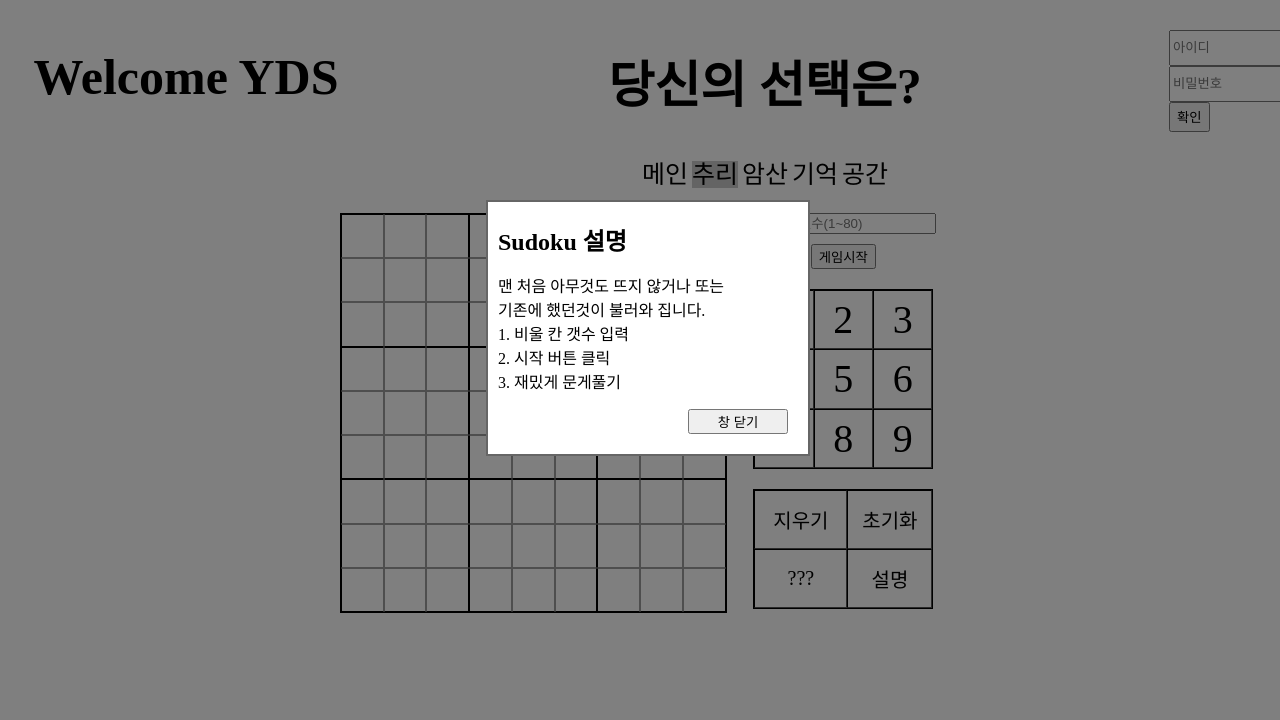
Repository: ejrtn/springbootMaven
Page: deoksu/src/main/resources/static/sudoku.html
These files come from the project's save history. The page is drawn as it stood at one moment and after the next save; the edit follows.
The browser window is 1280 px wide. The pictures show the window.
A layer covers the whole window, so only the first screen is drawn.

Above is the page before, as saved 2021-04-10 13:20:34.
Console error: TypeError: Cannot read properties of undefined (reading 'split')

### deoksu/src/main/resources/static/sudoku.html
<!DOCTYPE html>
<html>
<head>
<meta charset="UTF-8">
<title>Insert title here</title>
<style type="text/css">
		#Progress_Loading {width: 300px; height: 300px; position: absolute; display: none; top: 144px;}
        #modal {
          display: none;
          position:absolute;
          width:100%;
          height:100%;
          z-index:9999;
          top: 100px;
        }

        #modal h2 {
          margin:0;
        }
        #modal button {
          display:inline-block;
          width:100px;
          margin-left:calc(100% - 100px - 10px);
        }

        #modal .modal_content {
          width:300px;
          margin:100px auto;
          padding:20px 10px;
          background:#fff;
          border:2px solid #666;
        }

        #modal .modal_layer {
          position:fixed;
          top:0;
          left:0;
          width:100%;
          height:100%;
          background:rgba(0, 0, 0, 0.5);
          z-index:-1;
    	}
	</style>
	<style type="text/css">
		.main_th {border: 1px solid #00000061; width: 11.1%; height: 11.1%; font-size: 25px;}
		.main_th:hover{border: 1px solid #00000061; background-color: #bbdefb; width: 11.1%; height: 11.1%; font-size: 25px;}

 		.main_th_left {border: 1px solid #00000061; border-top-color: black; cursor:pointer; width: 11.1%; height: 11.1%; font-size: 25px;}
 		.main_th_left:hover{border: 1px solid #00000061; border-top-color: black; cursor:pointer; background-color: #bbdefb; width: 11%; height: 11%; font-size: 25px;}

 		.main_th_right {border: 1px solid #00000061; border-bottom-color: black; cursor:pointer; width: 11.1%; height: 11.1%; font-size: 25px;}
 		.main_th_right:hover{border: 1px solid #00000061; border-bottom-color: black; cursor:pointer; background-color: #bbdefb; width: 11%; height: 11%; font-size: 25px;}

		.main_table {width: 400px; height: 400px; border-collapse: separate; border-spacing: 0px; border: 1px solid black; cursor:pointer;}
		.sub1_table {border-collapse: separate; border-spacing: 0px; border: 1px solid black; width: 180px; height: 180px; text-align: center; font-size: 40px; margin-top: 20px; cursor:pointer;}

		.sub2_td {width: 11.1%; height: 11.1%;}
		.sub2_table {border-collapse: separate; border-spacing: 0px; border: 1px solid black; width: 180px; height: 120px; font-size: 20px; text-align: center; margin-top: 20px; cursor:pointer;}
	</style>
	<script src="https://code.jquery.com/jquery-3.5.1.min.js"></script>
	<script type="text/javascript">
		var Initial_value=[];
		var table_ch=00;
		$(function () {
			document.getElementById("modal").style.display="block";
			for(i=0;i<9;i++){
				$(".main_table").append("<tr id='main_tr"+i+"'></tr>");
				for(x=0;x<9;x++){
					if(i==0 || i==3 || i==6){
						$("#main_tr"+i).append("<th class='main_th_left' id='main_th"+i+x+"' onclick='table_click(\""+i+x+"\")'></th>");
					}else if(i==2 || i==5 || i==8){
						$("#main_tr"+i).append("<th class='main_th_right' id='main_th"+i+x+"' onclick='table_click(\""+i+x+"\")'></th>");
					}else{
						$("#main_tr"+i).append("<th class='main_th' sty id='main_th"+i+x+"' onclick='table_click(\""+i+x+"\")'></th>");
					}
					if(x==0 || x==3 || x==6){
						$("#main_th"+i+x).css("border-left-color","black");
					}
					else if(x==2 || x==5 || x==8){
						$("#main_th"+i+x).css("border-right-color","black");
					}
				}
			}
		})
		$(function () {
			if('${open}'!=""){
				var data='${open}';
				var number=data.split("/");
	        	var number2=[]
	        	var data_reset='${open_reset}'
				var number_reset=data_reset.split("/");
	        	for(i=0;i<9;i++){
	        		number2[i]=number[i].split("");
	        		Initial_value[i]=number_reset[i].split("");
	        	}
	        	for(i=0;i<9;i++){
	        		for(x=0;x<9;x++){
	        			if(number2[i][x]!=0){
	        				$("#main_th"+i+x).text(number2[i][x]);
	        			}else{
	        				$("#main_th"+i+x).text("");
	        			}
	        		}
	        	}
			}
		})
		function number_click(d) {
			if(Initial_value[table_ch.split("")[0]][table_ch.split("")[1]]==0){
				$("#main_th"+table_ch).text(d);
				for(i=0;i<9;i++){
					for(x=0;x<9;x++){
						$("#main_th"+i+x).css("color","black");
						if($("#main_th"+i+x).text()==$("#main_th"+table_ch).text() && $("#main_th"+table_ch).text()!=""){
							$("#main_th"+i+x).css("background-color","#bbdefb");
						}else{
							$("#main_th"+i+x).css("background-color","#ffffff");
						}
					}
				}
				table_click(table_ch)
				ch();
				number_string();
			}
		}
		function number_string() {
			var arr="";
			for(i=0;i<9;i++){
				for(x=0;x<9;x++){
					arr+=$("#main_th"+i+x).text();
				}
				arr+="/";
			}
			console.log(arr)
			$.ajax({
				url : "number_click",
	            type : "POST",
	            data : {pad:arr},
	            success : function(data) {

	            },
	            error : function() {
	               	alert('문제 발생')
				}
			});
		}
		function table_click(d) {
			table_ch=d;
			for(i=0;i<9;i++){
				for(x=0;x<9;x++){
					$("#main_th"+i+x).css("background-color","#ffffff");
				}
			}
			for(x=0;x<9;x++){
				$("#main_th"+d.split("")[0]+x).css("background-color","#e2e7ed");
				$("#main_th"+x+d.split("")[1]).css("background-color","#e2e7ed");
			}

			if(d.split("")[0]<3 && d.split("")[1] <3){
				for(i=0;i<3;i++){
					for(x=0;x<3;x++){
						$("#main_th"+i+x).css("background-color","#e2e7ed");
					}
				}
			}else if(d.split("")[0]<3 && d.split("")[1] <6){
				for(i=0;i<3;i++){
					for(x=3;x<6;x++){
						$("#main_th"+i+x).css("background-color","#e2e7ed");
					}
				}
			}else if(d.split("")[0]<3 && d.split("")[1] <9){
				for(i=0;i<3;i++){
					for(x=6;x<9;x++){
						$("#main_th"+i+x).css("background-color","#e2e7ed");
					}
				}
			}

			else if(d.split("")[0]<6 && d.split("")[1] <3){
				for(i=3;i<6;i++){
					for(x=0;x<3;x++){
						$("#main_th"+i+x).css("background-color","#e2e7ed");
					}
				}
			}else if(d.split("")[0]<6 && d.split("")[1] <6){
				for(i=3;i<6;i++){
					for(x=3;x<6;x++){
						$("#main_th"+i+x).css("background-color","#e2e7ed");
					}
				}
			}else if(d.split("")[0]<6 && d.split("")[1] <9){
				for(i=3;i<6;i++){
					for(x=6;x<9;x++){
						$("#main_th"+i+x).css("background-color","#e2e7ed");
					}
				}
			}

			else if(d.split("")[0]<9 && d.split("")[1] <3){
				for(i=6;i<9;i++){
					for(x=0;x<3;x++){
						$("#main_th"+i+x).css("background-color","#e2e7ed");
					}
				}
			}else if(d.split("")[0]<9 && d.split("")[1] <6){
				for(i=6;i<9;i++){
					for(x=3;x<6;x++){
						$("#main_th"+i+x).css("background-color","#e2e7ed");
					}
				}
			}else if(d.split("")[0]<9 && d.split("")[1] <9){
				for(i=6;i<9;i++){
					for(x=6;x<9;x++){
						$("#main_th"+i+x).css("background-color","#e2e7ed");
					}
				}
			}

			$("#main_th"+d).css("background-color","#bbdefb");
			for(i=0;i<9;i++){
				for(x=0;x<9;x++){
					if($("#main_th"+i+x).text()==$("#main_th"+d).text() && $("#main_th"+d).text()!=""){
						$("#main_th"+i+x).css("background-color","#bbdefb");
					}
				}
			}


		}

		function ch() {
			for(y=0;y<9;y++){
				for(z=0;z<9;z++){
					d=y+""+z;
					if($("#main_th"+d).text()!=""){
						for(x=0;x<9;x++){
							m=y+""+x;
							if($("#main_th"+d).text()==$("#main_th"+y+x).text() && d!=m){
								$("#main_th"+d).css("color","red");
								break;
							}
							n=x+""+z;
							if($("#main_th"+d).text()==$("#main_th"+x+z).text() && d!=n){
								$("#main_th"+d).css("color","red");
								break;
							}
						}

						if(y<3 && z <3){
							for(i=0;i<3;i++){
								for(x=0;x<3;x++){
									m=i+""+x;
									if($("#main_th"+d).text()==$("#main_th"+i+x).text() && d!=m){
										$("#main_th"+d).css("color","red");
										break;
									}
								}
							}
						}else if(y<3 && z <6){
							for(i=0;i<3;i++){
								for(x=3;x<6;x++){
									m=i+""+x;
									if($("#main_th"+d).text()==$("#main_th"+i+x).text() && d!=m){
										$("#main_th"+d).css("color","red");
										break;
									}
								}
							}
						}else if(y<3 && z <9){
							for(i=0;i<3;i++){
								for(x=6;x<9;x++){
									m=i+""+x;
									if($("#main_th"+d).text()==$("#main_th"+i+x).text() && d!=m){
										$("#main_th"+d).css("color","red");
										break;
									}
								}
							}
						}

						else if(y<6 && z <3){
							for(i=3;i<6;i++){
								for(x=0;x<3;x++){
									m=i+""+x;
									if($("#main_th"+d).text()==$("#main_th"+i+x).text() && d!=m){
										$("#main_th"+d).css("color","red");
										break;
									}
								}
							}
						}else if(y<6 && z <6){
							for(i=3;i<6;i++){
								for(x=3;x<6;x++){
									m=i+""+x;
									if($("#main_th"+d).text()==$("#main_th"+i+x).text() && d!=m){
										$("#main_th"+d).css("color","red");
										break;
									}
								}
							}
						}else if(y<6 && z <9){
							for(i=3;i<6;i++){
								for(x=6;x<9;x++){
									m=i+""+x;
									if($("#main_th"+d).text()==$("#main_th"+i+x).text() && d!=m){
										$("#main_th"+d).css("color","red");
										break;
									}
								}
							}
						}

						else if(y<9 && z <3){
							for(i=6;i<9;i++){
								for(x=0;x<3;x++){
									m=i+""+x;
									if($("#main_th"+d).text()==$("#main_th"+i+x).text() && d!=m){
										$("#main_th"+d).css("color","red");
										break;
									}
								}
							}
						}else if(y<9 && z <6){
							for(i=6;i<9;i++){
								for(x=3;x<6;x++){
									m=i+""+x;
									if($("#main_th"+d).text()==$("#main_th"+i+x).text() && d!=m){
										$("#main_th"+d).css("color","red");
										break;
									}
								}
							}
						}else if(y<9 && z <9){
							for(i=6;i<9;i++){
								for(x=6;x<9;x++){
									m=i+""+x;
									if($("#main_th"+d).text()==$("#main_th"+i+x).text() && d!=m){
										$("#main_th"+d).css("color","red");
										break;
									}
								}
							}
						}
					}
				}
			}
		}

		function remove(){
			if(Initial_value[table_ch.split("")[0]][table_ch.split("")[1]]==0){
				$("#main_th"+table_ch).text("");
				for(i=0;i<9;i++){
					for(x=0;x<9;x++){
						$("#main_th"+i+x).css("color","black");
					}
				}
				ch();
			}
			number_string();
		}
		function reset(){
			for(i=0;i<9;i++){
        		for(x=0;x<9;x++){
        			$("#main_th"+i+x).css("background-color","#ffffff");
        			$("#main_th"+i+x).css("color","black");
        			if(Initial_value[i][x]!=0){
        				$("#main_th"+i+x).text(Initial_value[i][x]);
        			}else{
        				$("#main_th"+i+x).text("");
        			}
        		}
        	}
			number_string();
		}
		function ok(){
			var left = $("#Welcome_Sudoku").css("width").split("px")[0]/2-150
			$("#Progress_Loading").css("left",left)

			var a=$("#count").val().split("");
			var c=1;
			for(i=0;i<a.length;i++){
				for(x=0;x<10;x++){
					if(a[i]==x){
						break;
					}else if(x==9){
						c=0;
						break;
					}
				}
				if(c==0){
					break;
				}
			}
			if(c==0){
				alert("숫자가 아닌 다른 값이 들어가 있습니다.")
			}else if(!(1<=$("#count").val() && $("#count").val()<=80)){
				alert("숫자 범위값을 넘어갔습니다.\n비울 칸 갯수(1~80)")
			}else if($("#count").val()==""){
				alert("비울 칸 갯수 입력해주세요.\n비울 칸 갯수(1~80)")
			}else{
				$('#Progress_Loading').css("display","block"); //ajax실행시 로딩바를 보여준다.
				$.ajax({
					url : "Allreset",
		            type : "POST",
		            data : {count:$("#count").val()},
		            success : function(data) {
		            	console.log(data)
		            	var number=data.split("/");
		            	var number2=[]
		            	for(i=0;i<9;i++){
		            		number2[i]=number[i].split("");
		            		Initial_value[i]=number[i].split("");
		            	}
		            	for(i=0;i<9;i++){
		            		for(x=0;x<9;x++){
		            			if(number2[i][x]!=0){
		            				$("#main_th"+i+x).text(number2[i][x]);
		            			}else{
		            				$("#main_th"+i+x).text("");
		            			}
		            		}
		            	}
		            	$('#Progress_Loading').css("display","none"); //ajax실행시 로딩바를 보여준다.
		            },
		            error : function() {
		            	$('#Progress_Loading').css("display","none"); //ajax실행시 로딩바를 보여준다.
		               	alert('문제 발생')
					}
				});
			}
		}
		function tip() {
			document.getElementById("modal").style.display="block";
		}

	</script>
</head>
<body>
	<div align="center">
		<table>
			<tr>
				<td>
					<h1 align="center" style="font-size: 50px; width: 350px; height:66px;">Welcome YDS</h1>
				</td>
				<td>
					<h1 align="center"  style="font-size: 50px; width: 400px; margin-left: 200px; margin-right: 200px;">당신의 선택은?</h1>
				</td>
				<td>
					<input type="text" placeholder="아이디" style="height: 30px; width: 200px;">
					<input type="password" placeholder="비밀번호" style="height: 30px; width: 200px;">
					<input type="button" value="확인" style="height: 30px;">
				</td>
			</tr>
			<tr align="center">
				<td></td>
				<td>
					<label style="font-size: 25px; cursor: pointer;" onclick="location.href='/'">메인</label>
					<label style="font-size: 25px; cursor: pointer; background-color: #9e9e9e8c;" onclick="location.href='sudoku'">추리</label>
					<label style="font-size: 25px; cursor: pointer;" onclick="location.href='math'">암산</label>
					<label style="font-size: 25px; cursor: pointer;" onclick="location.href='memorization'">기억</label>
					<label style="font-size: 25px; cursor: pointer;" onclick="location.href='space'">공간</label>
				</td>
				<td></td>
			</tr>
		</table>
	</div>
	<div id="Progress_Loading" align="center">
		<!-- 로딩바 -->
      	<img style="width: 300px; height: 300px;" src="images/main_img/Progress_Loading.gif"/>
   	</div>
	<div align="center" style="margin-top: 20px;">
		<div style="display: flex; flex: row; width: 600px;">
			<table class="main_table"></table>
			<div style="margin-left: 20px; width: 200px;" align="center">
				<div>
					<input type="text" id="count" placeholder="비울 칸 갯수(1~80)" >
				</div>
				<div style="margin-top: 10px;">
					<input type="button" value="게임시작" onclick="ok()">
				</div>
				<table class="sub1_table" border="1">
					<tr><td onclick="number_click('1')">1</td><td onclick="number_click('2')">2</td><td onclick="number_click('3')">3</td></tr>
					<tr><td onclick="number_click('4')">4</td><td onclick="number_click('5')">5</td><td onclick="number_click('6')">6</td></tr>
					<tr><td onclick="number_click('7')">7</td><td onclick="number_click('8')">8</td><td onclick="number_click('9')">9</td></tr>
				</table>
				<table class="sub2_table" border="1">
					<tr><td onclick="remove()" class="sub2_td">지우기</td><td onclick="reset()" class="sub2_td">초기화</td></tr>
					<tr><td onclick="" class="sub2_td">???</td><td onclick="tip()" class="sub2_td">설명</td></tr>
				</table>
			</div>
		</div>
	</div>

	<div id="modal">
	    <div class="modal_content">
	        <h2>Sudoku 설명</h2>
	        <p>맨 처음 아무것도 뜨지 않거나 또는<br> 기존에 했던것이 불러와 집니다.<br> 1. 비울 칸 갯수 입력<br> 2. 시작 버튼 클릭<br>3. 재밌게 문게풀기</p>
	        <button type="button" id="modal_close_btn">창 닫기</button>
	    </div>
    	<div class="modal_layer"></div>
	</div>
	<script>
	    document.getElementById("modal_close_btn").onclick = function() {
	        document.getElementById("modal").style.display="none";
	    }
	</script>
</body>
</html>

After the next save:
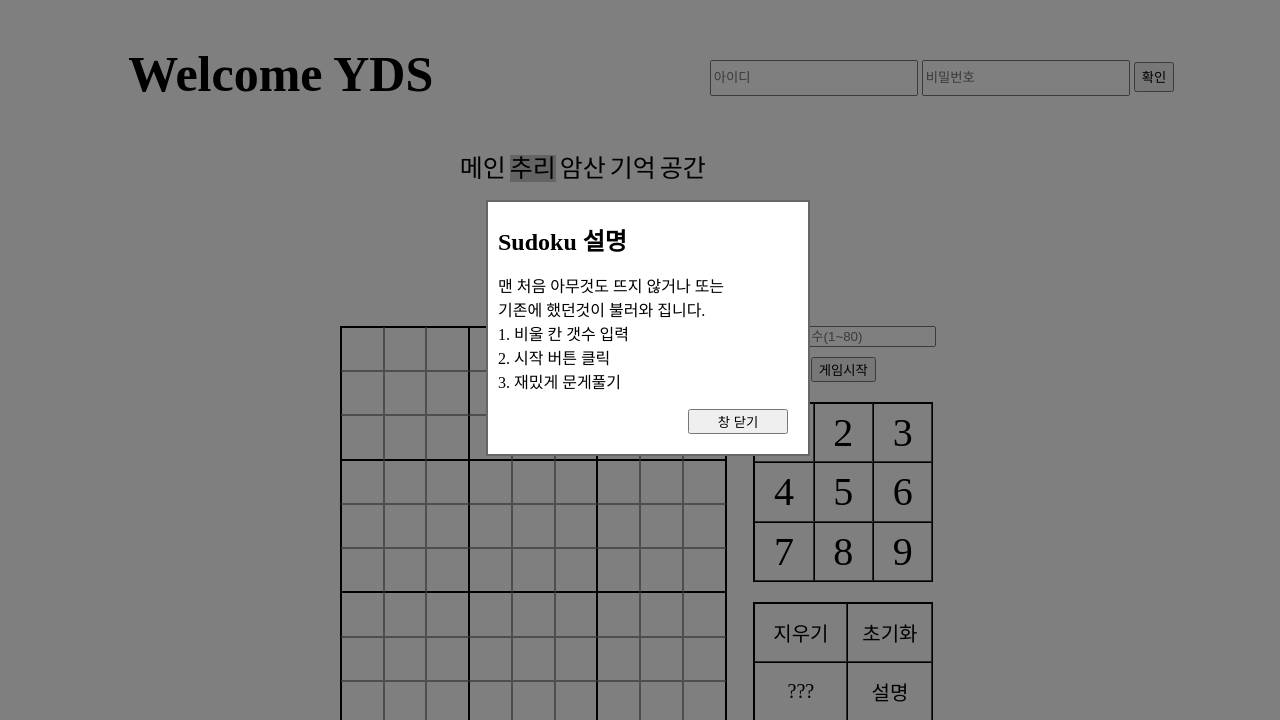
Saved 21 min 22 s later.
--- a/deoksu/src/main/resources/static/sudoku.html
+++ b/deoksu/src/main/resources/static/sudoku.html
@@ -442,7 +442,7 @@
 					<h1 align="center" style="font-size: 50px; width: 350px; height:66px;">Welcome YDS</h1>
 				</td>
 				<td>
-					<h1 align="center"  style="font-size: 50px; width: 400px; margin-left: 200px; margin-right: 200px;">당신의 선택은?</h1>
+
 				</td>
 				<td>
 					<input type="text" placeholder="아이디" style="height: 30px; width: 200px;">
@@ -468,6 +468,7 @@
       	<img style="width: 300px; height: 300px;" src="images/main_img/Progress_Loading.gif"/>
    	</div>
 	<div align="center" style="margin-top: 20px;">
+		<h1 align="center"  style="font-size: 50px; width: 400px; margin-left: 200px; margin-right: 200px;">당신의 선택은?</h1>
 		<div style="display: flex; flex: row; width: 600px;">
 			<table class="main_table"></table>
 			<div style="margin-left: 20px; width: 200px;" align="center">
